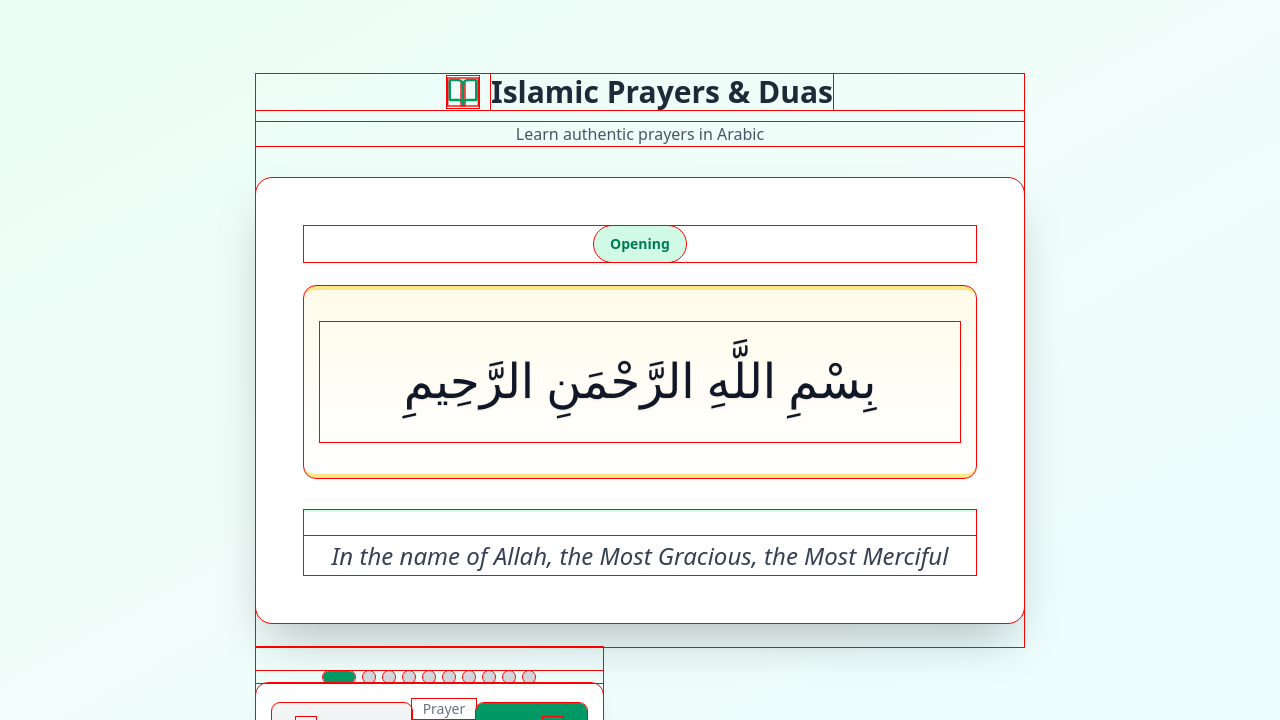
Repository: AbdulquddusMuhammad/prayerApp2.0
Page: /
An editor plug-in stored every save of this project. The page is shown before and after the next save, followed by the edit.
The browser window is 1280 px wide. The pictures show the whole page.
Some web fonts or font styles are not loaded; a fallback is used. The project was rebuilt for these pictures with package versions that can differ from the ones it lists, and the page was loaded fresh each time. Also part of the build but not shown: vite.config.js.

Above is the page before, as saved 2026-01-18 09:18:28.

### index.html
<!DOCTYPE html>
<html lang="en">
  <head>
    <meta charset="UTF-8" />
    <link rel="icon" type="image/sng" href="/prayerAppLogo.png" />
    <meta name="viewport" content="width=device-width, initial-scale=1.0" />
    <title>prayerapp2-0</title>
  </head>
  <body>
    <div id="root"></div>
    <script type="module" src="/src/main.jsx"></script>
  </body>
</html>

### src/main.jsx
import { registerSW } from "virtual:pwa-register";
import { StrictMode } from "react";
import { createRoot } from "react-dom/client";
import "./index.css";
import App from "./App.jsx";

createRoot(document.getElementById("root")).render(
  <StrictMode>
    <App />
  </StrictMode>
);

registerSW({
  onNeedRefresh() {},
  onOfflineReady() {},
});

### src/index.css
@import "tailwindcss";

* {
  outline: 1px solid red;
}

### src/App.jsx
import React, { useState } from "react";
import { ChevronLeft, ChevronRight, BookOpen } from "lucide-react";

const App = () => {
  // Load Quran-style Arabic fonts
  React.useEffect(() => {
    const link = document.createElement("link");
    link.href = "https://fonts.googleapis.com/css2?family=Amiri+Quran&family=Scheherazade+New:wght@400;700&display=swap";
    link.rel = "stylesheet";
    document.head.appendChild(link);
  }, []);
  // Arabic prayers and phrases stored in JavaScript object
  const prayersData = {
    prayers: [
      {
        id: 1,
        arabic: "بِسْمِ اللَّهِ الرَّحْمَنِ الرَّحِيمِ",
        translation: "In the name of Allah, the Most Gracious, the Most Merciful",
        category: "Opening",
      },
      {
        id: 2,
        arabic: "الْحَمْدُ لِلَّهِ رَبِّ الْعَالَمِينَ",
        translation: "All praise is due to Allah, Lord of all the worlds",
        category: "Praise",
      },
      {
        id: 3,
        arabic: "اللَّهُمَّ صَلِّ عَلَى مُحَمَّدٍ وَعَلَى آلِ مُحَمَّدٍ",
        translation: "O Allah, send blessings upon Muhammad and the family of Muhammad",
        category: "Salawat",
      },
      {
        id: 4,
        arabic: "سُبْحَانَ اللَّهِ وَالْحَمْدُ لِلَّهِ وَلَا إِلَهَ إِلَّا اللَّهُ وَاللَّهُ أَكْبَرُ",
        translation: "Glory be to Allah, and praise be to Allah, and there is no god but Allah, and Allah is the Greatest",
        category: "Dhikr",
      },
      {
        id: 5,
        arabic: "رَبَّنَا آتِنَا فِي الدُّنْيَا حَسَنَةً وَفِي الْآخِرَةِ حَسَنَةً وَقِنَا عَذَابَ النَّارِ",
        translation: "Our Lord, give us good in this world and good in the Hereafter, and protect us from the punishment of the Fire",
        category: "Dua",
      },
      {
        id: 6,
        arabic: "اللَّهُمَّ إِنِّي أَسْأَلُكَ الْهُدَى وَالتُّقَى وَالْعَفَافَ وَالْغِنَى",
        translation: "O Allah, I ask You for guidance, piety, chastity, and self-sufficiency",
        category: "Dua",
      },
      {
        id: 7,
        arabic: "رَبِّ اشْرَحْ لِي صَدْرِي وَيَسِّرْ لِي أَمْرِي",
        translation: "My Lord, expand my chest and make my task easy for me",
        category: "Dua",
      },
      {
        id: 8,
        arabic: "لَا إِلَهَ إِلَّا أَنْتَ سُبْحَانَكَ إِنِّي كُنْتُ مِنَ الظَّالِمِينَ",
        translation: "There is no deity except You; exalted are You. Indeed, I have been of the wrongdoers",
        category: "Dua",
      },
      {
        id: 9,
        arabic: "اللَّهُمَّ إِنِّي أَعُوذُ بِكَ مِنَ الْهَمِّ وَالْحَزَنِ",
        translation: "O Allah, I seek refuge in You from anxiety and grief",
        category: "Protection",
      },
      {
        id: 10,
        arabic: "حَسْبُنَا اللَّهُ وَنِعْمَ الْوَكِيلُ",
        translation: "Allah is sufficient for us, and He is the best Disposer of affairs",
        category: "Trust in Allah",
      },
    ],
  };

  const [currentIndex, setCurrentIndex] = useState(0);
  const currentPrayer = prayersData.prayers[currentIndex];

  const goToNext = () => {
    setCurrentIndex((prev) => (prev < prayersData.prayers.length - 1 ? prev + 1 : prev));
  };

  const goToPrevious = () => {
    setCurrentIndex((prev) => (prev > 0 ? prev - 1 : prev));
  };

  return (
    <div className="min-h-screen bg-gradient-to-br from-emerald-50 via-teal-50 to-cyan-50 flex items-center justify-center p-4">
      <div className="max-w-3xl w-full">
        {/* Header */}
        <div className="text-center mb-8">
          <div className="flex items-center justify-center gap-3 mb-3">
            <BookOpen className="w-8 h-8 text-emerald-600" />
            <h1 className="text-3xl font-bold text-gray-800">Islamic Prayers & Duas</h1>
          </div>
          <p className="text-gray-600">Learn authentic prayers in Arabic</p>
        </div>

        {/* Prayer Card */}
        <div className="bg-white rounded-2xl shadow-2xl p-8 md:p-12 mb-6">
          {/* Category Badge */}
          <div className="text-center mb-6">
            <span className="inline-block px-4 py-2 bg-emerald-100 text-emerald-700 text-sm font-semibold rounded-full">{currentPrayer.category}</span>
          </div>

          {/* Arabic Text - Quran Style */}
          <div className="mb-8 px-4 py-8 bg-gradient-to-b from-amber-50 to-transparent rounded-xl border-t-4 border-b-4 border-amber-200" dir="rtl">
            <p
              className="text-4xl md:text-5xl text-gray-900 leading-loose text-center"
              style={{
                fontFamily: "'Amiri Quran', 'Scheherazade New', 'Traditional Arabic', serif",
                lineHeight: "2.5",
                textShadow: "0 1px 2px rgba(0,0,0,0.1)",
              }}>
              {currentPrayer.arabic}
            </p>
          </div>

          {/* Translation */}
          <div className="border-t-2 border-emerald-100 pt-6">
            <p className="text-xl md:text-2xl text-gray-700 text-center italic leading-relaxed">{currentPrayer.translation}</p>
          </div>
        </div>

        <div className="fixed">
          {/* Progress Dots */}
          <div className="flex justify-center gap-2 mt-6">
            {prayersData.prayers.map((_, index) => (
              <button key={index} onClick={() => setCurrentIndex(index)} className={`w-3 h-3 rounded-full transition-all ${index === currentIndex ? "bg-emerald-600 w-8" : "bg-gray-300 hover:bg-gray-400"}`} />
            ))}
          </div>
          {/* Navigation Controls */}
          <div className="flex items-center justify-between bg-white rounded-xl shadow-lg p-4">
            <button onClick={goToPrevious} disabled={currentIndex === 0} className={`flex items-center gap-2 px-6 py-3 rounded-lg font-medium transition-all ${currentIndex === 0 ? "bg-gray-100 text-gray-400 cursor-not-allowed" : "bg-emerald-600 text-white hover:bg-emerald-700 shadow-md"}`}>
              <ChevronLeft className="w-5 h-5" />
              Previous
            </button>

            <div className="text-center">
              <p className="text-sm text-gray-500 mb-1">Prayer</p>
              <p className="text-2xl font-bold text-emerald-600">
                {currentIndex + 1} / {prayersData.prayers.length}
              </p>
            </div>

            <button onClick={goToNext} disabled={currentIndex === prayersData.prayers.length - 1} className={`flex items-center gap-2 px-6 py-3 rounded-lg font-medium transition-all ${currentIndex === prayersData.prayers.length - 1 ? "bg-gray-100 text-gray-400 cursor-not-allowed" : "bg-emerald-600 text-white hover:bg-emerald-700 shadow-md"}`}>
              Next
              <ChevronRight className="w-5 h-5" />
            </button>
          </div>
        </div>
      </div>
    </div>
  );
};

export default App;

After the next save:
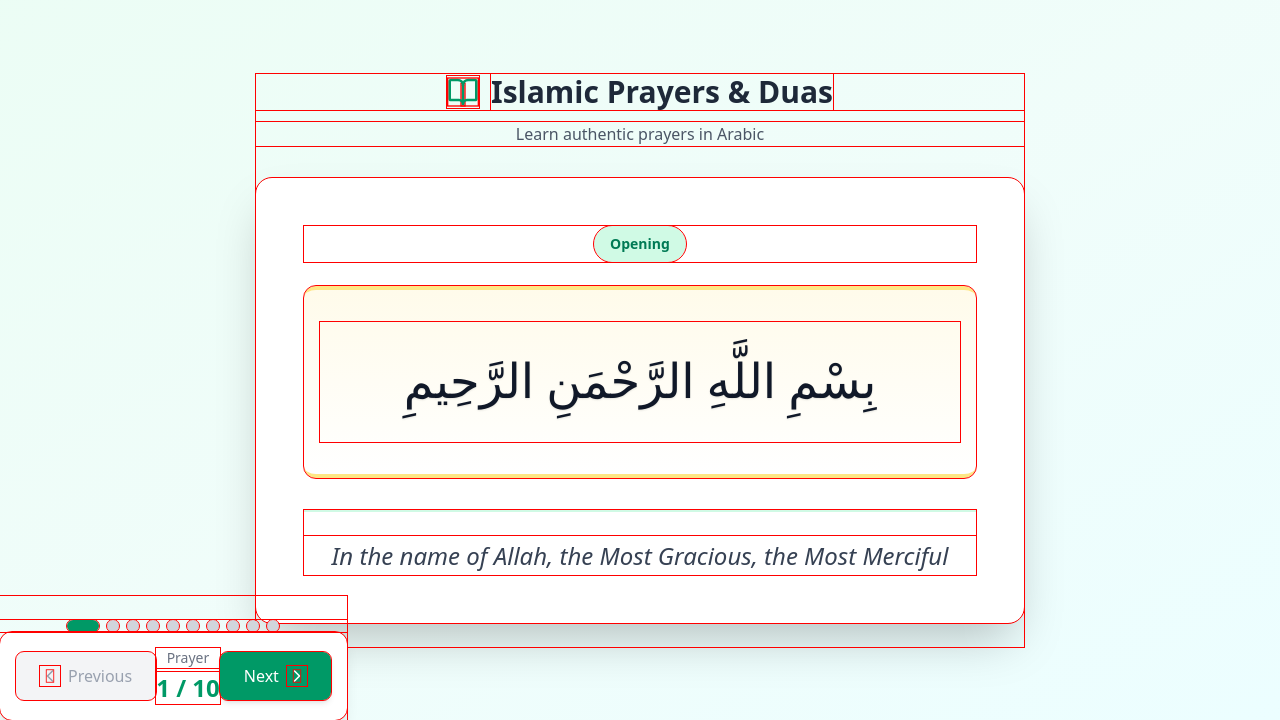
Saved 6 s later.
--- a/src/App.jsx
+++ b/src/App.jsx
@@ -124,7 +124,7 @@ const App = () => {
           </div>
         </div>
 
-        <div className="fixed">
+        <div className="fixed bottom-0 left-0">
           {/* Progress Dots */}
           <div className="flex justify-center gap-2 mt-6">
             {prayersData.prayers.map((_, index) => (
